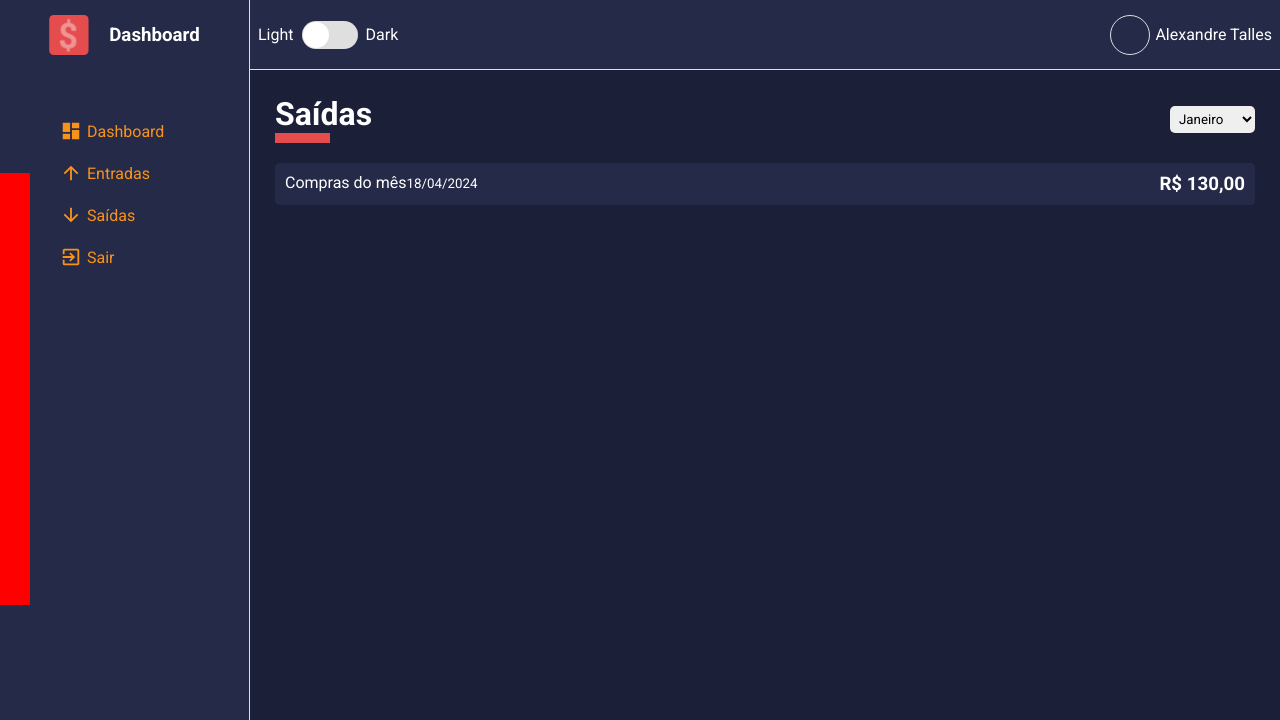
Repository: XFERRER7/dashboard
Page: /
An editor plug-in stored every save of this project. The page is shown before and after the next save, followed by the edit.
The browser window is 1280 px wide. The pictures show the whole page.
The project was rebuilt for these pictures with package versions that can differ from the ones it lists, and the page was loaded fresh each time. Also part of the build but not shown: vite.config.ts.

Above is the page before, as saved 2022-07-11 16:49:54.

### index.html
<!DOCTYPE html>
<html lang="pt-br">

<head>
  <meta charset="UTF-8" />
  <meta name="viewport" content="width=device-width, initial-scale=1.0" />
  <link rel="shortcut icon" href="src/assets/Logo.svg" type="image/x-icon">
  <link rel="preconnect" href="https://fonts.googleapis.com">
  <link rel="preconnect" href="https://fonts.gstatic.com" crossorigin>
  <link href="https://fonts.googleapis.com/css2?family=Roboto:wght@400;500;700&display=swap" rel="stylesheet">
  <title>Dashboard</title>
</head>

<body>
  <div id="root"></div>
  <script type="module" src="/src/main.tsx"></script>
</body>

</html>

### src/main.tsx
import React from 'react'
import ReactDOM from 'react-dom/client'
import {App} from './App'

ReactDOM.createRoot(document.getElementById('root')!).render(
  <React.StrictMode>
    <App />
  </React.StrictMode>
)

### src/App.tsx
import Global from "./styles/Global"
import { Layout } from './components/Layout'
import { ThemeProvider } from 'styled-components'
import dark from './styles/Themes/dark'
import light from './styles/Themes/light'
import { Dashboard } from "./pages/Dashboard"
import { List } from "./pages/List"

export const App = () => {
  return (
    <div>
      <ThemeProvider theme={dark}>
        <Global />
        <Layout>
          <List/>
        </Layout>
      </ThemeProvider>
    </div>
  )
}

### src/styles/Global.ts
import { createGlobalStyle } from 'styled-components'

export default createGlobalStyle`

  * {
    margin: 0;
    padding: 0;
    box-sizing: border-box;
  }

  html, body, #root {
    height: 100%;
  }

  *, button, input {
    border: 0;
    outline: 0;
    font-family: 'Roboto', sans-serif;
  }

  button {
    cursor: pointer;
  }

`;

### src/components/Layout/index.tsx
import { Container } from './Styles'
import { MainHeader } from '../MainHeader'
import { Content } from '../Content'
import { Aside } from '../Aside'
import { ReactNode } from 'react';

interface BaseLayoutProps {
  children?: ReactNode;
}


export const Layout = ({ children }: BaseLayoutProps) => {
  return (
    <Container>
      <MainHeader />
      <Aside />
      <Content>
        {children}
      </Content>
    </Container>
  )
}

### src/styles/Themes/dark.ts
export default {
  title: 'dark',

  colors: {
    primary: '#1B1F38',
    secondary: '#252A48',
    tertiary: '##313862',

    white: '#fff',
    black: '#000',
    gray: '#dfdfdf',

    sucess: '#4E41F0',
    info: '#F7931B',
    warning: '#E44C4E'


  }
}

### src/pages/List/index.tsx
import React from 'react'
import { CardFinance } from '../../components/CardFinance'
import { HeaderContent } from '../../MiniComponents/headerContent'
import { Select } from '../../MiniComponents/select'
import { Container } from './styles'

export const List = () => {

  const options = [
    {
      value: 'Janeiro',
      label: 'Janeiro'
    },
    {
      value: 'Fevereiro',
      label: 'Fevereiro'
    },
    {
      value: 'Março',
      label: 'Março'
    }

  ]

  return (
    <Container>
      <HeaderContent titulo={'Saídas'} lineColor={'#E44C4E'}>
        <Select option={options}/>
      </HeaderContent>

      <CardFinance/>

    </Container>
  )
}

### src/components/Layout/Styles.ts
import styled from "styled-components"

export const Container = styled.div`
  display: grid;
  grid-template-columns: 250px auto;
  grid-template-rows: 70px auto;

  grid-template-areas:
  'AS MH'
  'AS CT';
  height: 100vh;

`

### src/components/MainHeader/index.tsx

import { Toggle } from '../../MiniComponents/Toggle'
import {
  Container,
  Profile,
  UserName,
  ImgUser
}
  from './Styles'


export const MainHeader = () => {

  return (
    <Container>
      <Toggle/>

      <Profile>
        <ImgUser/>
        <UserName>Alexandre Talles</UserName>

      </Profile>
    </Container>
  )
}

### src/components/Content/index.tsx
import { ReactNode } from 'react';
import { Container } from './Styles'

interface BaseLayoutProps {
  children?: ReactNode;
}

export const Content = ({ children }: BaseLayoutProps) => {
  return (
    <Container>
      {children}
    </Container>
  )
}

### src/components/Aside/index.tsx
import {
  Container,
  Header,
  Title,
  ImgLogo,
  Menu,
  ItemMenu
} from './Styles'
import logo from '../../assets/Logo.svg'
import {
  MdDashboard,
  MdArrowDownward,
  MdArrowUpward,
  MdExitToApp
} from 'react-icons/md'

export const Aside = () => {
  return (
    <Container>
      <Header>
        <ImgLogo src={logo} alt="Logo dashboard" />
        <Title>Dashboard</Title>
      </Header>
      <Menu>
        <ItemMenu href="#">
          <MdDashboard />
          Dashboard
        </ItemMenu>
        <ItemMenu href="#">
          <MdArrowUpward />
          Entradas
        </ItemMenu>
        <ItemMenu href="#">
          <MdArrowDownward />
          Saídas
        </ItemMenu>
        <ItemMenu href="#">
          <MdExitToApp />
          Sair
        </ItemMenu>
      </Menu>
    </Container>
  )
}

### src/components/CardFinance/index.tsx

import { Toggle } from '../../MiniComponents/Toggle'
import {
  Container,
  InfoCard,
  Highlighter
}
  from './Styles'


export const CardFinance = () => {

  return (
    <Container>
      <Highlighter/>
      <InfoCard>
        <span>Compras do mês</span>
        <small>18/04/2024</small>
      </InfoCard>
      <h3>R$ 130,00</h3>
    </Container>
  )
}

### src/MiniComponents/headerContent/index.tsx
import {
  Container,
  TitleContainer,
  Controller
} from './styles'

import { Select } from '../../MiniComponents/select'

interface IHeaderContentProps {
  titulo: string;
  lineColor: string;
  children: React.ReactNode;
}

export const HeaderContent = ({titulo, lineColor, children}: IHeaderContentProps) => {


  return (
    <Container>
      <TitleContainer lineColor={lineColor}>
        <h1>{titulo}</h1>
      </TitleContainer>
      <Controller>
        {children}
      </Controller>
    </Container>
  )
}

### src/MiniComponents/select/index.tsx
import React, { FC } from 'react'
import { Container } from './styles'

interface IselectProps {
  option: {
    value: string | number;
    label: string | number;
  }[],
}

export const Select = ({option}: IselectProps) => {
  return (

    <Container>
      <select>
        {
          option.map(option => <option key={option.value} value={option.value}>{option.label}</option>)
        }
      </select>
    </Container>
  )
}

### src/pages/List/styles.ts
import styled from "styled-components";

export const Container = styled.div`

`

### src/MiniComponents/Toggle/index.tsx
import React, { useState } from 'react'
import { Container, ToggleLabel, ToggleSelector } from './styles'


export const Toggle = () => {

  const [on, setOn] = useState(false);

  return (
    <Container>
      <ToggleLabel>
        Light
      </ToggleLabel>
      <ToggleSelector
        checked={on }
        uncheckedIcon={false}
        checkedIcon={false}
        onChange={() => setOn(!on)}
      />
      <ToggleLabel>
        Dark
      </ToggleLabel>
    </Container>
  )
}

### src/components/MainHeader/Styles.ts
import styled from "styled-components"

export const Container = styled.div`
  grid-area: MH;
  color: ${props => props.theme.colors.white};
  background-color: ${props => props.theme.colors.secondary};
  display: flex;
  justify-content: space-between;
  align-items: center;
  padding: 8px;
  border-bottom: 1px solid ${props => props.theme.colors.gray};
`

export const Profile = styled.div`
  display: flex;
  align-items: center;
  justify-content: center;
  gap: 5px;
`

export const UserName = styled.div`

`

export const ImgUser = styled.div`
  height: 40px;
  width: 40px;
  border-radius: 50%;
  border: 1px solid ${props => props.theme.colors.gray};
`

### src/components/Content/Styles.ts
import styled from "styled-components"

export const Container = styled.div`
  grid-area: CT;
  color: ${props => props.theme.colors.white};
  background-color: ${props => props.theme.colors.primary};
  padding: 25px;
`

### src/components/Aside/Styles.ts
import styled from "styled-components"

export const Container = styled.div`
  grid-area: AS;
  color: ${props => props.theme.colors.white};
  background-color: ${props => props.theme.colors.secondary};
  border-right: 1px solid ${props => props.theme.colors.gray};
`

export const Header = styled.div`
  height: 70px;
  display: flex;
  align-items: center;
  justify-content: center;
  gap: 20px;
`
export const Title = styled.h3`

`
export const ImgLogo = styled.img`
  height: 40px;
  width: 40px;
`
export const Menu = styled.nav`
  display: flex;
  flex-direction: column;
  justify-content: center;
  gap: 20px;
  margin-top: 50px;
  margin-left: 60px;
`
export const ItemMenu = styled.a`
  text-decoration: none;
  color: ${props => props.theme.colors.info};
  transition: 0.1s all ease;
  display: flex;
  align-items: center;
  gap: 5px;


  &:hover {
    opacity: .8;
  }

  > svg {
    font-size: 22px;
  }
`

### src/components/CardFinance/Styles.ts
import styled from "styled-components"

export const Container = styled.div`
  margin-top: 20px;
  background-color: ${props => props.theme.colors.secondary};
  border-radius: 5px;
  padding: 10px;
  display: flex;
  justify-content: space-between;
`

export const InfoCard = styled.div`
  position: relative;
`

export const Highlighter = styled.div`
  position: absolute;
  left: 0;
  background-color: red;
  width: 30px;
  height: 60%;
`

### src/MiniComponents/headerContent/styles.ts
import styled from "styled-components";

interface ItitleContainerProps {
  lineColor: string;
}


export const Container = styled.div`
  display: flex;
  justify-content: space-between;
`

export const TitleContainer = styled.div<ItitleContainerProps>`


  > h1 {

    color: ${props => props.theme.colors.white};
    &::after {
    content: '';
    display: block;
    width: 55px;
    border-bottom: 10px solid ${props => props.lineColor};
  }
  }

`
export const Controller = styled.div`
  display: flex;
  gap: 5px;
  align-items: center;
`

### src/MiniComponents/select/styles.ts
import styled from "styled-components";

export const Container = styled.div`

  > select {
    padding: 5px;
    border-radius: 5px;
  }
`

### src/MiniComponents/Toggle/styles.ts
import styled from "styled-components";
import Switch, { ReactSwitchProps } from 'react-switch'

export const Container = styled.div`
  display: flex;
  align-items: center;
`

export const ToggleLabel = styled.span`
  color: ${props => props.theme.colors.white};

`

export const ToggleSelector = styled(Switch).attrs<ReactSwitchProps>(
  ({ theme }) => ({
    onColor: theme.colors.primary,
    offColor: theme.colors.gray
  })) <ReactSwitchProps>`
  margin: 0 8px;

`;

After the next save:
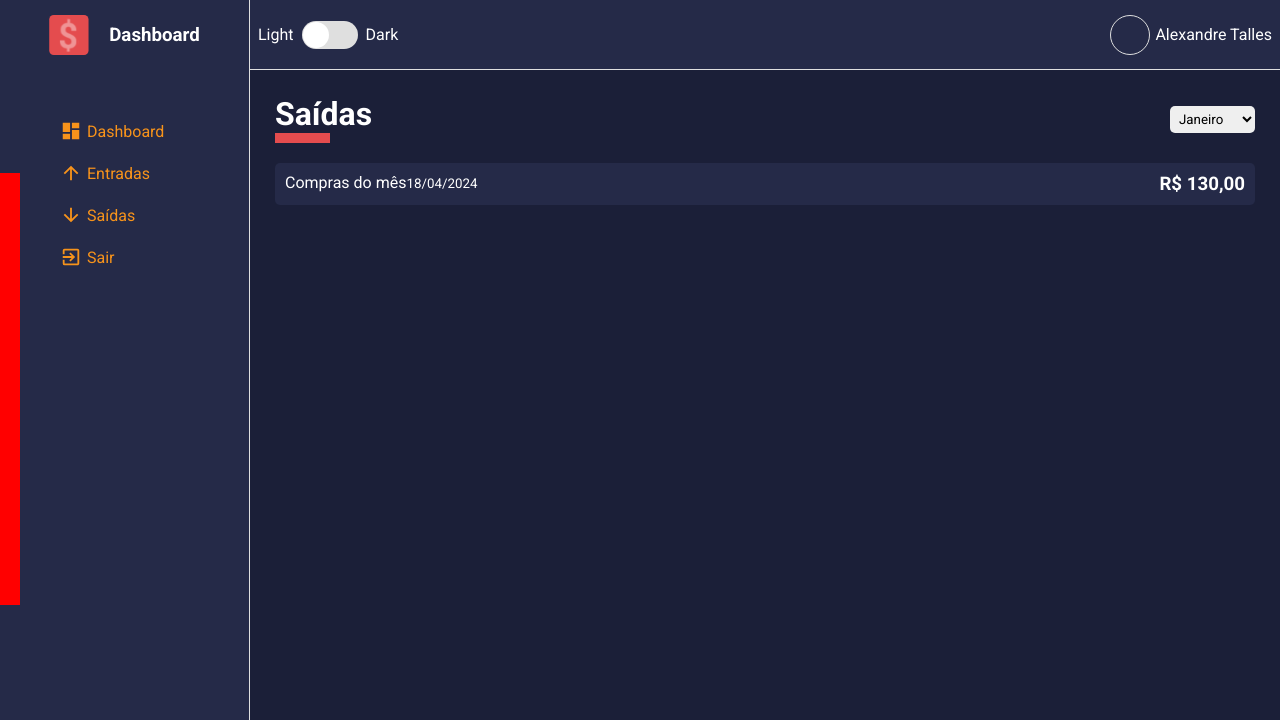
Saved 20 s later.
--- a/src/components/CardFinance/Styles.ts
+++ b/src/components/CardFinance/Styles.ts
@@ -17,6 +17,6 @@ export const Highlighter = styled.div`
   position: absolute;
   left: 0;
   background-color: red;
-  width: 30px;
+  width: 20px;
   height: 60%;
 `
